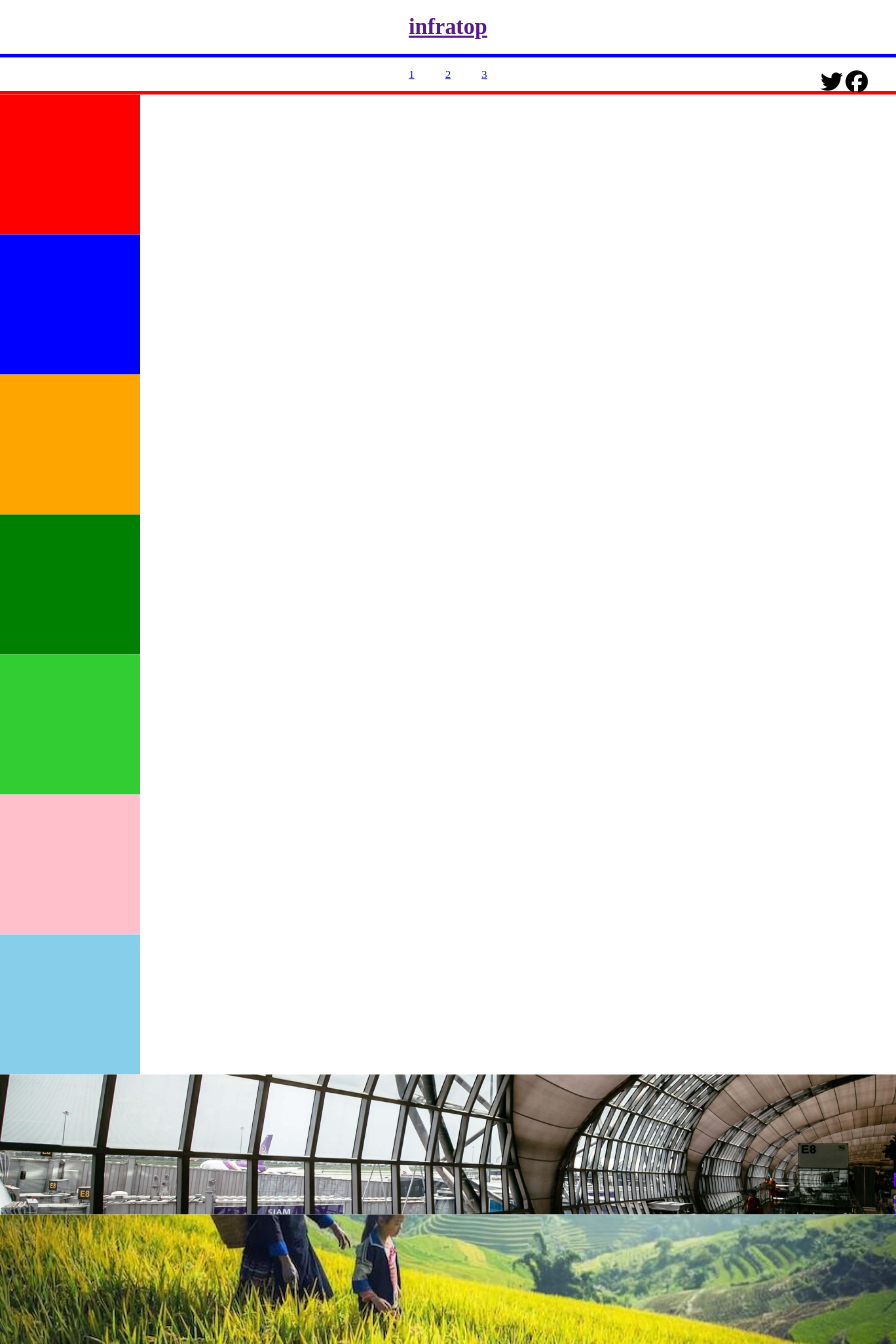
Repository: yymmyymm/review-sub1
Page: caravan2/index2.html
The author's editor kept a record of every edit. The page is drawn from the files as they stood at one moment, then again after the next edit.
The browser window is 1280 px wide. The pictures show the part of the page from y = 0 to 1920 px (the page is 3453 px tall before and 720 px after), at 70% of full size.
Some web libraries are served in a nearby version.

Above is the page before.

### caravan2/index2.html
<!DOCTYPE html>
<html lang="ja">
  <head>
    <meta charset="UTF-8"/>
    <script src="https://kit.fontawesome.com/0855b218b3.js" crossorigin="anonymous"></script>
    <link rel="stylesheet" href="style2.css"/>
    <title>演習</title>
  </head>
  <body>
    <div class="position">

    <i class="fa-brands fa-twitter"></i>
    <i class="fa-brands fa-facebook"></i>
    </div>
  <header>
    <h1 class="heading"><a href="">infratop</a>
    </h1>
  </header>

  <nav>
    <ul class="nav-list">
      <li class="nav-list-item">
        <a href="index2.html">1</a>
      </li>
       <li class="nav-list-item">
        <a href="index2.html">2</a>
      </li>
       <li class="nav-list-item">
        <a href="index2.html">3</a>
      </li>

    </ul>
  </nav>
  <div class="main">
    <div class="box1"></div>
    <div class="box2"></div>
    <div class="box3"></div>
    <div class="box4"></div>
    <div class="box5"></div>
    <div class="box6"></div>
    <div class="box7"></div>

  </div>
    <div class="airport"></div>
    <div class="asia"></div>
    <div class="desert"></div>
    <div class="forest"></div>

  <section class="main-visual">
    <h1 class="headline">サービス紹介</h1>
  </section>

  <main>
    <div class="step box">
      <div class="step img1"></div>
      <span clss="step num">step1</span>
      <h3 class="title">タイトル１</h3>
      <p class="text">
        文章が入ります。。。。。。。。。。。。。。。。。。。。。。。。。。。。。。。。。。。。。。。。。。。。。。。。。
      </p>
    </div>




  <ul class="item-list">
    <li class="item">リスト１</li>
    <li class="item">リスト２</li>
    <li class="item">リスト３</li>
    <li class="item">リスト４</li>
    <li class="item">リスト５</li>
    <li class="item">リスト６</li>
    <li class="item">リスト７</li>
  </ul>
  <div class="box-list">
    <div class="box"></div>
     <div class="box"></div>
    <div class="box"></div>
    <div class="box"></div>
    <div class="box"></div>
    <div class="box"></div>
    <div class="box"></div>
    <div class="box"></div>
    <div class="box"></div>


  </div>
  </main>



  <footer>
    <p class="footer-text">© All rights reserved by Infratop.Inc.</p>
  </footer>


  </body>
</html>

### caravan2/style2.css
*{
  margin: 0;
  padding: 0;
  box-sizing: border-box;
}

header{
  width: 100%;
  padding: 20px 0;
  text-align: center;
}

.nav-list{
  text-align: center;
  padding: 15px 0;
  margin: 0 auto;
  border-bottom: 5px solid red;
  border-top: 5px solid blue;
}

.nav-list-item{
  list-style: none;
  display: inline-block;
  margin: 0 20px;
}

.fa-brands {
  font-size: 32px;
}

.position{
  position: absolute;
  top:100px;
  right: 40px;
}

main{
  width: 960px;
  display: flex;
  margin: 50px auto;
}

.step-box{
  width: 300px;
  margin-right: 30%;
 padding: 10px;
  position: relative;
  background-color: #eee;
}

.step-img1{
  height: 150px;
  background-image: url(img/flow01.png);
  background-position: bottom;
  background-size: cover;
}

.step-img2{
  height: 150px;
  background-image: url(img/flow02.png);
  background-position: bottom;
  background-size: cover;
}

.step-img3{
  height: 150px;
  background-image: url(img/flow03.png);
  background-position: bottom;
  background-size: cover;
}

.step-num{
  position: absolute;
  top: 0;
  left: 0;
  background-color: #ff9a4b;
  color: #fff;
}

.title{
  margin: 15px 0 5px;
}

.text{
  height: 50px;
  background-color:  #aaa;
}

.box1{
  width: 200px;
  height: 200px;
  background-color: red;
}

.box2{
  width: 200px;
  height: 200px;
  background-color: blue;
}
.box3{
  width: 200px;
  height: 200px;
  background-color: orange;
}
.box4{
  width: 200px;
  height: 200px;
  background-color: green;
}
.box5{
  width: 200px;
  height: 200px;
  background-color: limegreen;
}
.box6{
  width: 200px;
  height: 200px;
  background-color: pink;
}
.box7{
  width: 200px;
  height: 200px;
  background-color: skyblue;
}

.airport{
  height:200px;
  background-image:url(img/airport.jpg);
  background-size:cover;
  background-position:center;
}

.asia{
  height:200px;
  background-image:url(img/asia.jpg);
  background-size:cover;
  background-position:center;
}

.desert{
  height:200px;
  background-image:url(img/desert.jpg);
  background-size:cover;
  background-position:center;
}

.forest{
  height:200px;
  background-image:url(img/forest.jpg);
  background-size:cover;
  background-position:center;
}

.main-visual {
  height: 400px;
  width: 100%;
  background-image: url(img2/mv.jpg);
  background-size: cover;
  background-position: bottom;
}

.headline{
padding: 20px;
}

main{
  width: 960px;
  margin: 50px auto;
}

.item-list{
  margin-bottom: 50px;
}

.item{
  padding: 20px;
  list-style: none;
}

.item:nth-child(odd){
background-color: #eee;
}

.box-list{
  display: flex;
  flex-wrap: wrap;
}

.box{
  background-color: #ffd700;
  width: 30%;
  height: 200px;
  margin-right: 5%;
  margin-bottom: 40px;
}

.box:first-child,
.box:nth-child(5),
.box:last-child{
  background-color: orange;
}

.box:nth-child(3n){
  margin-right: 0;
}

.box:nth-last-child(-n+3){
  margin-bottom: 0;
}

footer{
  width: 100%;
  height: 120px;
text-align: center;
line-height: 120px;
background-color: yellow;
}

.footer-text{
  color: white;
}

After the next edit:
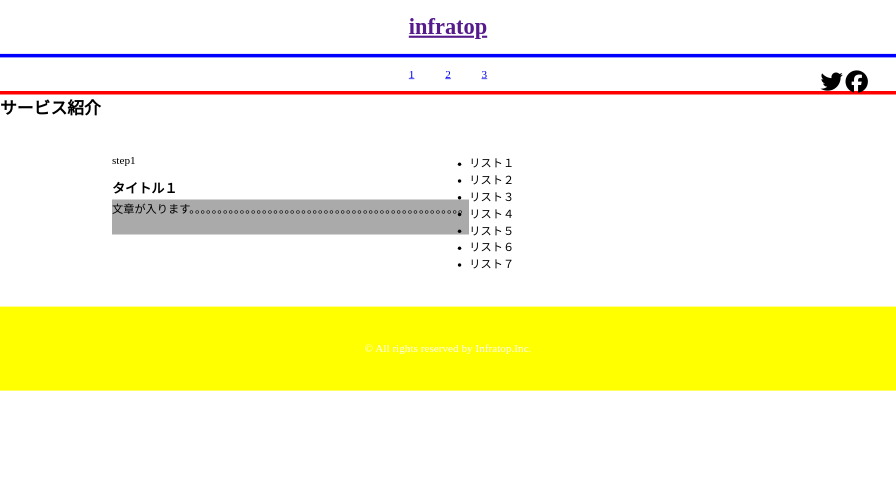
The edit:
--- a/caravan2/style2.css
+++ b/caravan2/style2.css
@@ -86,127 +86,6 @@
   background-color:  #aaa;
 }
 
-.box1{
-  width: 200px;
-  height: 200px;
-  background-color: red;
-}
-
-.box2{
-  width: 200px;
-  height: 200px;
-  background-color: blue;
-}
-.box3{
-  width: 200px;
-  height: 200px;
-  background-color: orange;
-}
-.box4{
-  width: 200px;
-  height: 200px;
-  background-color: green;
-}
-.box5{
-  width: 200px;
-  height: 200px;
-  background-color: limegreen;
-}
-.box6{
-  width: 200px;
-  height: 200px;
-  background-color: pink;
-}
-.box7{
-  width: 200px;
-  height: 200px;
-  background-color: skyblue;
-}
-
-.airport{
-  height:200px;
-  background-image:url(img/airport.jpg);
-  background-size:cover;
-  background-position:center;
-}
-
-.asia{
-  height:200px;
-  background-image:url(img/asia.jpg);
-  background-size:cover;
-  background-position:center;
-}
-
-.desert{
-  height:200px;
-  background-image:url(img/desert.jpg);
-  background-size:cover;
-  background-position:center;
-}
-
-.forest{
-  height:200px;
-  background-image:url(img/forest.jpg);
-  background-size:cover;
-  background-position:center;
-}
-
-.main-visual {
-  height: 400px;
-  width: 100%;
-  background-image: url(img2/mv.jpg);
-  background-size: cover;
-  background-position: bottom;
-}
-
-.headline{
-padding: 20px;
-}
-
-main{
-  width: 960px;
-  margin: 50px auto;
-}
-
-.item-list{
-  margin-bottom: 50px;
-}
-
-.item{
-  padding: 20px;
-  list-style: none;
-}
-
-.item:nth-child(odd){
-background-color: #eee;
-}
-
-.box-list{
-  display: flex;
-  flex-wrap: wrap;
-}
-
-.box{
-  background-color: #ffd700;
-  width: 30%;
-  height: 200px;
-  margin-right: 5%;
-  margin-bottom: 40px;
-}
-
-.box:first-child,
-.box:nth-child(5),
-.box:last-child{
-  background-color: orange;
-}
-
-.box:nth-child(3n){
-  margin-right: 0;
-}
-
-.box:nth-last-child(-n+3){
-  margin-bottom: 0;
-}
 
 footer{
   width: 100%;
